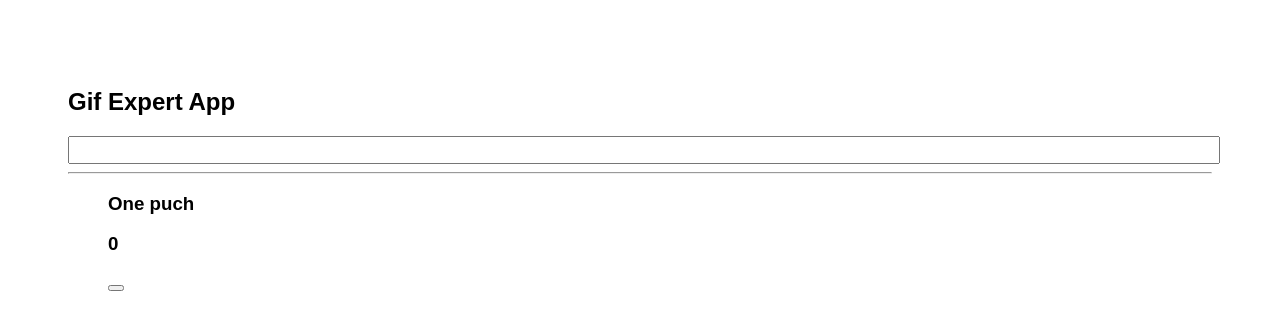
Repository: ppfeliuu/gifs-app
Page: /
The author's editor kept a copy of each file at every save. The page is drawn from the files as they stood at one save, then again after the next save.
The browser window is 1280 px wide. The pictures show the whole page.
The page's requests for data from a server got no answer. The project was rebuilt for these pictures with package versions that can differ from the ones it lists, and the page was loaded fresh each time. No one was signed in, and anything a server would have sent is missing.

Above is the page before, as saved 2021-05-26 14:36:37.

### src/index.js
import React from "react";
import ReactDOM from "react-dom";
import GifExpertApp from "./GifExpertApp";
import "./index.css";

ReactDOM.render(
  <GifExpertApp />,

  document.getElementById("root")
);

### src/GifExpertApp.js
import React, { useState } from "react";
import AddCategory from "./components/AddCategory";
import { GifGrid } from "./components/GifGrid";

export const GifExpertApp = () => {
  const [categories, setCategories] = useState(["One puch"]);

  /* const handleAdd = () => {
    setCategories([...categories, "Hunter"]);
  }; */

  return (
    <div>
      <h2>Gif Expert App</h2>
      <AddCategory setCategories={setCategories} />
      <hr />

      <ol>
        {categories.map((category) => (
          <GifGrid key={category} category={category} />
        ))}
      </ol>
    </div>
  );
};

export default GifExpertApp;

### src/index.css
* {
  font-family: Arial, Helvetica, sans-serif;
}

body {
  padding: 60px;
}

input {
  color: grey;
  font-size: 1.2rem;
  width: 100%;
}

### src/components/AddCategory.js
import React, { useState } from "react";
import PropTypes from "prop-types";

const AddCategory = ({ setCategories }) => {
  const [inputValue, setInputValue] = useState("");

  const handleInputChange = (e) => {
    setInputValue(e.target.value);
  };

  const handleSubmit = (e) => {
    e.preventDefault();

    if (inputValue.trim().length > 2) {
      setCategories((c) => [...c, inputValue]);
      setInputValue("");
    }
  };

  return (
    <form onSubmit={handleSubmit}>
      <input type="text" value={inputValue} onChange={handleInputChange} />
    </form>
  );
};

AddCategory.propTypes = {
  setCategories: PropTypes.func.isRequired,
};

export default AddCategory;

### src/components/GifGrid.js
import React, { useState, useEffect } from "react";

export const GifGrid = ({ category }) => {
  const [count, setCount] = useState(0);

  useEffect(() => {
    getGifs();
  }, []);

  const getGifs = async () => {
    const url =
      "https://api.giphy.com/v1/gifs/search?limit=10&q=Rick and&api_key=458OEWtJl0WGO4C8c2OgKB6EOMS48uOH";
    const res = await fetch(url);
    const { data } = await res.json();

    const gifs = data.map((img) => {
      return {
        id: img.id,
        title: img.title,
        url: img.images?.downsized_medium.url,
      };
    });

    console.log(gifs);
  };

  return (
    <div>
      <h3>{category}</h3>
      <h3>{count}</h3>
      <button onClick={() => setCount(count + 1)}></button>
    </div>
  );
};

Loaded but not shown: public/index.html (common file)

After the next save:
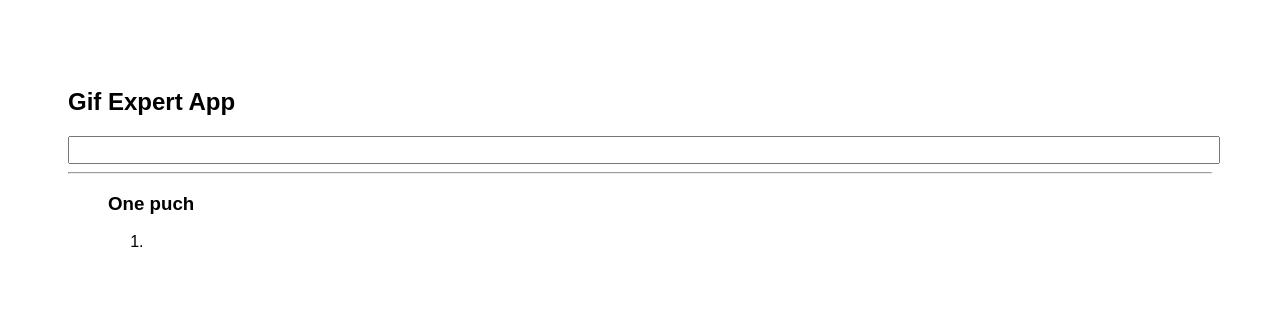
Saved 91 s later.
--- a/src/components/GifGrid.js
+++ b/src/components/GifGrid.js
@@ -1,7 +1,7 @@
 import React, { useState, useEffect } from "react";
 
 export const GifGrid = ({ category }) => {
-  const [count, setCount] = useState(0);
+  const [images, setImages] = useState([]);
 
   useEffect(() => {
     getGifs();
@@ -22,13 +22,15 @@ export const GifGrid = ({ category }) => {
     });
 
     console.log(gifs);
+    setImages(gifs);
   };
 
   return (
     <div>
       <h3>{category}</h3>
-      <h3>{count}</h3>
-      <button onClick={() => setCount(count + 1)}></button>
+      <ol>
+        <li></li>
+      </ol>
     </div>
   );
 };
